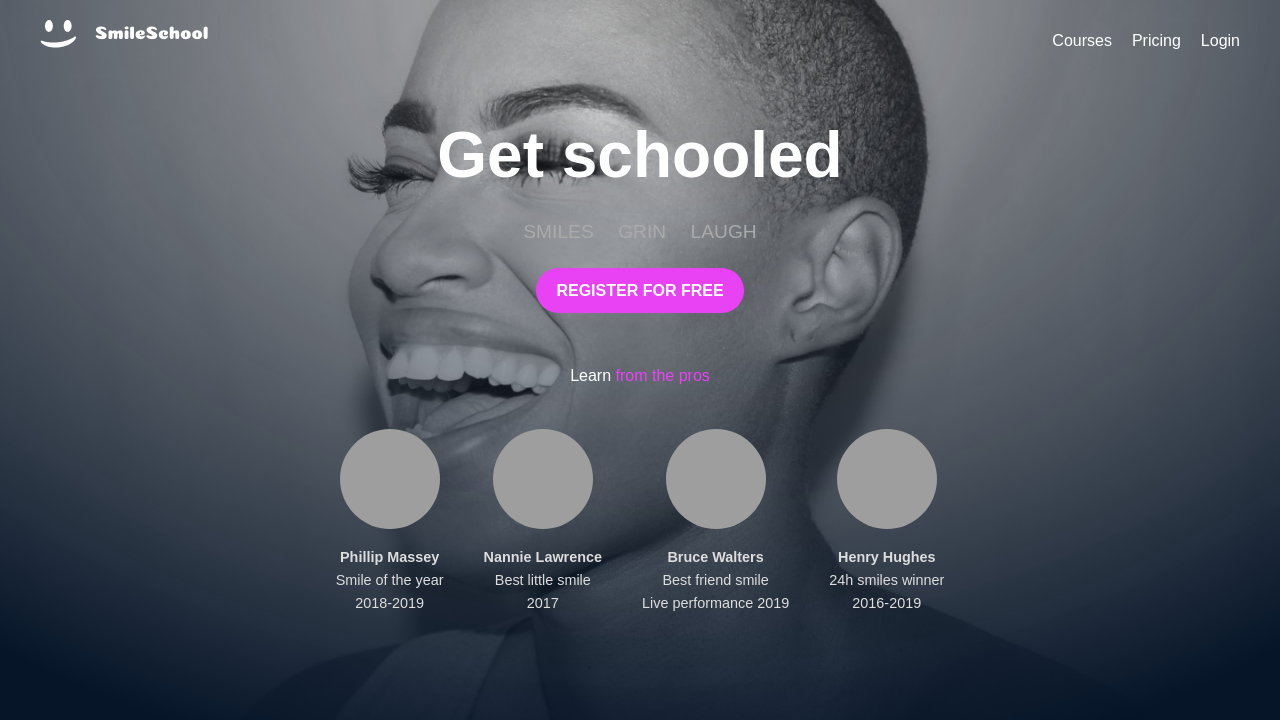
Repository: Patience225/alx_html_css
Page: css_advanced/index.html
The author's editor kept a copy of each file at every save. The page is drawn from the files as they stood at one save, then again after the next save.
The browser window is 1280 px wide. The pictures show the whole page.
Pictures or frames that could not be fetched are drawn as grey boxes.

Above is the page before, as saved 2025-01-03 21:05:14.

### css_advanced/index.html
<!DOCTYPE html>
<html lang="en">
<head>
    <meta charset="UTF-8">
    <meta name="viewport" content="width=device-width, initial-scale=1.0">
    <title>SmileSchool</title>
    <link rel="stylesheet" href="styles.css">
</head>
<body>
    <header class="header">
        <nav class="navbar">
            <div class="logo"> <img src="images/logo.png" alt="Logo" /></div>
            <ul class="nav-links">
                <li><a href="#">Courses</a></li>
                <li><a href="#">Pricing</a></li>
                <li><a href="#">Login</a></li>
            </ul>
        </nav>
    </header>

    <section class="banner">
        <div class="banner-content">
            <h1>Get schooled</h1>
            <div class="subtext">
                <span>SMILES</span>
                <span>GRIN</span>
                <span>LAUGH</span>
            </div>
            <a href="#" class="cta-button">REGISTER FOR FREE</a>
        </div>
        <div class="learn-pros">
            <p>Learn <span>from the pros</span></p>
        </div>
        <div class="profiles">
            <div class="profile">
                <img src="profile1.jpg" alt="Phillip Massey">
                <p><strong>Phillip Massey</strong><br>Smile of the year<br>2018-2019</p>
            </div>
            <div class="profile">
                <img src="profile2.jpg" alt="Nannie Lawrence">
                <p><strong>Nannie Lawrence</strong><br>Best little smile<br>2017</p>
            </div>
            <div class="profile">
                <img src="profile3.jpg" alt="Bruce Walters">
                <p><strong>Bruce Walters</strong><br>Best friend smile<br>Live performance 2019</p>
            </div>
            <div class="profile">
                <img src="profile4.jpg" alt="Henry Hughes">
                <p><strong>Henry Hughes</strong><br>24h smiles winner<br>2016-2019</p>
            </div>
        </div>
    </section>
</body>
</html>

### css_advanced/styles.css
/* Reset Styles */
* {
  margin: 0;
  padding: 0;
  box-sizing: border-box;
}

body {
  font-family: Arial, sans-serif;
  line-height: 1.6;
  background: #000; /* Fallback background */
  color: white;
}

/* Header */
.header {
  position: absolute;
  top: 0;
  left: 0;
  width: 100%;
  z-index: 10;
  padding: 20px 40px;
}

.navbar {
  display: flex;
  justify-content: space-between;
  align-items: center;
}

.logo {
  font-size: 1.5rem;
  font-weight: bold;
}

.nav-links {
  list-style: none;
  display: flex;
  gap: 20px;
}

.nav-links li a {
  text-decoration: none;
  color: white;
  font-weight: 500;
}

/* Banner Section */
.banner {
  background: url('images/Object.png') no-repeat center/cover;
  height: 100vh;
  display: flex;
  flex-direction: column;
  align-items: center;
  justify-content: center;
  text-align: center;
  position: relative;
  color: white;
}

.banner h1 {
  font-size: 4rem;
  font-weight: bold;
  margin-bottom: 10px;
}

.subtext span {
  margin: 0 10px;
  font-size: 1.2rem;
  color: #aaa;
}

.cta-button {
  display: inline-block;
  background: #e942f5;
  color: white;
  padding: 10px 20px;
  text-decoration: none;
  border-radius: 25px;
  margin: 20px 0;
  font-weight: bold;
}

.learn-pros {
  margin-top: 30px;
}

.learn-pros span {
  color: #e942f5;
}

.profiles {
  display: flex;
  justify-content: center;
  gap: 40px;
  margin-top: 40px;
}

.profile {
  text-align: center;
}

.profile img {
  width: 100px;
  height: 100px;
  border-radius: 50%;
  margin-bottom: 10px;
}

.profile p {
  font-size: 0.9rem;
  color: #ddd;
}

After the next save:
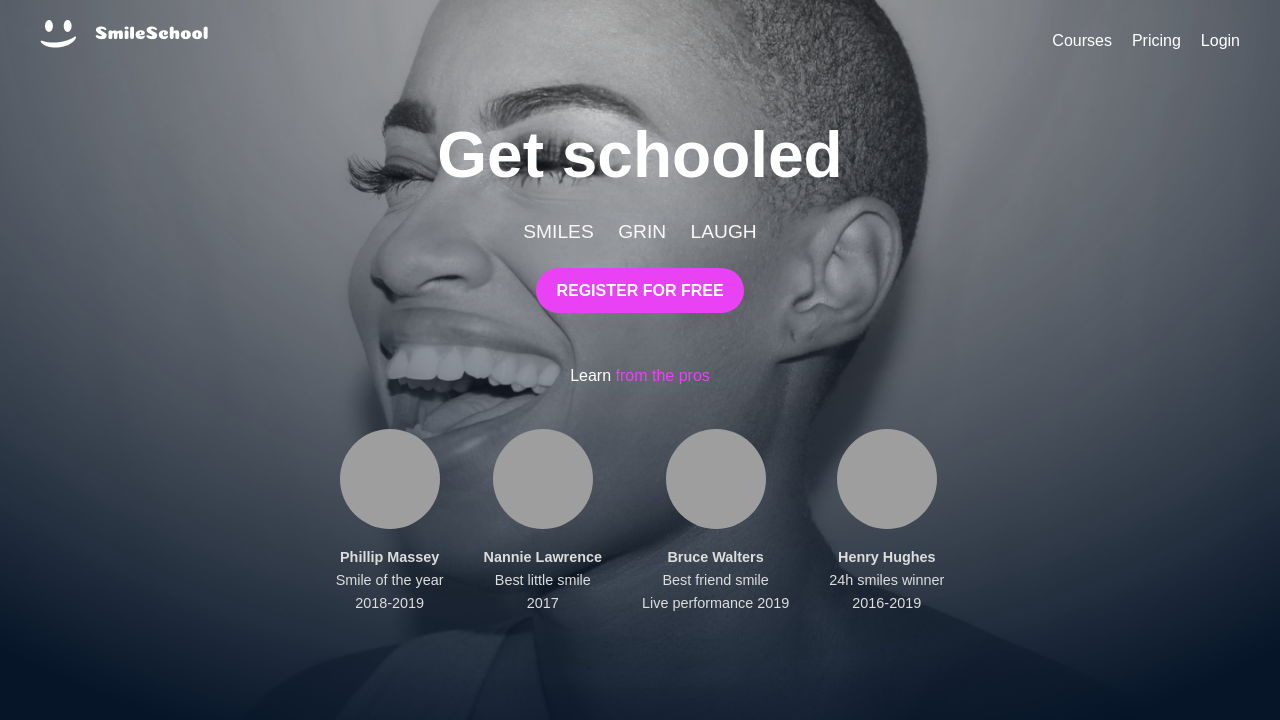
Saved 115 s later.
--- a/css_advanced/styles.css
+++ b/css_advanced/styles.css
@@ -67,7 +67,7 @@ body {
 .subtext span {
   margin: 0 10px;
   font-size: 1.2rem;
-  color: #aaa;
+  color: #fbf7f7;
 }
 
 .cta-button {
